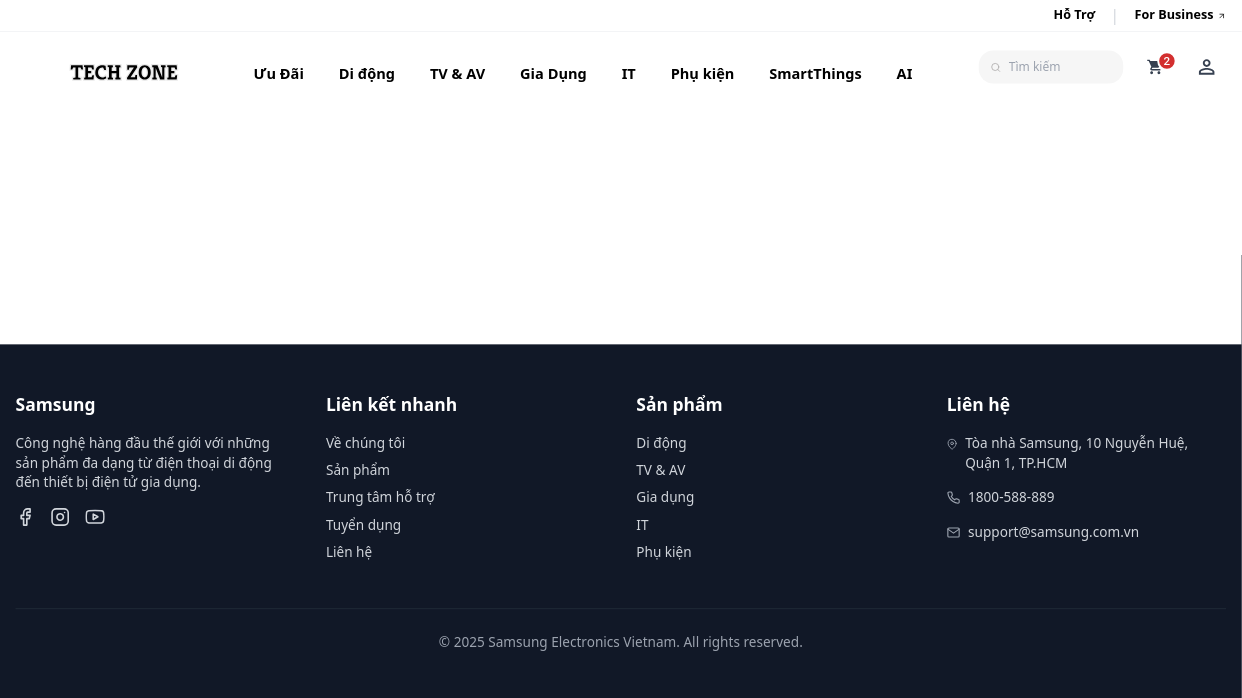
Repository: thtrunghau/ecommerce-ui-dacntt
Page: /cart
The author's editor kept a copy of each file at every save. The page is drawn from the files as they stood at one save, then again after the next save.
The browser window is 1280 px wide. The pictures show the whole page, at 97% of full size.
Pictures or frames that could not be fetched are drawn as grey boxes. The project was rebuilt for these pictures with package versions that can differ from the ones it lists, and the page was loaded fresh each time. Also part of the build but not shown: vite.config.ts, src/components/shared/NavDropdown.tsx, src/store/authStore.ts, src/components/shared/UserMenu.tsx, src/components/common/RoundedButton.tsx, src/components/features/home/HeroSection.tsx, src/components/common/ProductCard.tsx, src/components/features/home/ProductsSection.tsx and 12 more.

Above is the page before, as saved 2025-06-13 03:36:35.

### src/index.css
@tailwind base;
@tailwind components;
@tailwind utilities;

/* Custom line clamp utilities */
.line-clamp-2 {
  display: -webkit-box;
  -webkit-line-clamp: 2;
  -webkit-box-orient: vertical;
  overflow: hidden;
}

/* Animation utilities */
@keyframes fade-in-up {
  from {
    opacity: 0;
    transform: translateY(20px);
  }
  to {
    opacity: 1;
    transform: translateY(0);
  }
}

.animate-fade-in-up {
  animation: fade-in-up 0.6s ease-out;
}

### src/App.tsx
import { BrowserRouter as Router, Routes, Route } from "react-router-dom";
import Header from "./components/shared/Header";
import Home from "./pages/Home";
import Footer from "./components/shared/Footer";
import { AuthProvider } from "./contexts/AuthContext";
import Register from "./pages/auth/Register";
import Login from "./pages/auth/Login";
import RegisterStandalone from "./pages/auth/RegisterStandalone";
import LoginStandalone from "./pages/auth/LoginStandalone";
import ProductDetail from "./pages/ProductDetail";

export default function App() {
  return (
    <AuthProvider>
      <Router>
        <Routes>
          {/* Auth routes */}
          <Route path="/auth">
            <Route path="register" element={<RegisterStandalone />} />
            <Route path="login" element={<LoginStandalone />} />
          </Route>

          {/* Main layout routes with header/footer */}
          <Route
            path="/*"
            element={
              <div className="flex min-h-screen flex-col">
                <Header />
                <main className="flex-grow pt-24 lg:pt-28">
                  <Routes>
                    <Route path="/" element={<Home />} />
                    <Route path="/register" element={<Register />} />
                    <Route path="/login" element={<Login />} />
                    <Route
                      path="/products/:idOrSlug"
                      element={<ProductDetail />}
                    />
                  </Routes>
                </main>
                <Footer />
              </div>
            }
          />
        </Routes>
      </Router>
    </AuthProvider>
  );
}

### src/components/shared/Footer.tsx
import { Link } from "react-router-dom";
import {
  FiPhone,
  FiMail,
  FiMapPin,
  FiFacebook,
  FiInstagram,
  FiYoutube,
} from "react-icons/fi";

const Footer: React.FC = () => {
  return (
    <footer className="bg-gray-900 text-white">
      <div className="container mx-auto px-4 py-12">
        <div className="grid grid-cols-1 gap-8 sm:grid-cols-2 md:grid-cols-3 lg:grid-cols-4">
          {/* Company Info */}
          <div>
            <h3 className="mb-4 text-lg font-bold">Samsung</h3>
            <p className="mb-4 text-sm text-gray-300">
              Công nghệ hàng đầu thế giới với những sản phẩm đa dạng từ điện
              thoại di động đến thiết bị điện tử gia dụng.
            </p>
            <div className="flex space-x-4">
              <a
                href="https://facebook.com/SamsungVietnam"
                className="text-gray-300 transition-colors hover:text-white"
              >
                <FiFacebook size={20} />
              </a>
              <a
                href="https://instagram.com/samsungvietnam"
                className="text-gray-300 transition-colors hover:text-white"
              >
                <FiInstagram size={20} />
              </a>
              <a
                href="https://youtube.com/SamsungVietnam"
                className="text-gray-300 transition-colors hover:text-white"
              >
                <FiYoutube size={20} />
              </a>
            </div>
          </div>

          {/* Quick Links */}
          <div>
            <h3 className="mb-4 text-lg font-bold">Liên kết nhanh</h3>
            <ul className="space-y-2 text-sm">
              <li>
                <Link
                  to="/about"
                  className="text-gray-300 transition-colors hover:text-white"
                >
                  Về chúng tôi
                </Link>
              </li>
              <li>
                <Link
                  to="/products"
                  className="text-gray-300 transition-colors hover:text-white"
                >
                  Sản phẩm
                </Link>
              </li>
              <li>
                <Link
                  to="/support"
                  className="text-gray-300 transition-colors hover:text-white"
                >
                  Trung tâm hỗ trợ
                </Link>
              </li>
              <li>
                <Link
                  to="/careers"
                  className="text-gray-300 transition-colors hover:text-white"
                >
                  Tuyển dụng
                </Link>
              </li>
              <li>
                <Link
                  to="/contact"
                  className="text-gray-300 transition-colors hover:text-white"
                >
                  Liên hệ
                </Link>
              </li>
            </ul>
          </div>

          {/* Categories */}
          <div>
            <h3 className="mb-4 text-lg font-bold">Sản phẩm</h3>
            <ul className="space-y-2 text-sm">
              <li>
                <Link
                  to="/di-dong"
                  className="text-gray-300 transition-colors hover:text-white"
                >
                  Di động
                </Link>
              </li>
              <li>
                <Link
                  to="/tv-av"
                  className="text-gray-300 transition-colors hover:text-white"
                >
                  TV & AV
                </Link>
              </li>
              <li>
                <Link
                  to="/gia-dung"
                  className="text-gray-300 transition-colors hover:text-white"
                >
                  Gia dụng
                </Link>
              </li>
              <li>
                <Link
                  to="/it"
                  className="text-gray-300 transition-colors hover:text-white"
                >
                  IT
                </Link>
              </li>
              <li>
                <Link
                  to="/phu-kien"
                  className="text-gray-300 transition-colors hover:text-white"
                >
                  Phụ kiện
                </Link>
              </li>
            </ul>
          </div>

          {/* Contact Info */}
          <div>
            <h3 className="mb-4 text-lg font-bold">Liên hệ</h3>
            <ul className="space-y-4 text-sm">
              <li className="flex items-start">
                <FiMapPin className="mr-2 mt-1 text-gray-400" />
                <span className="text-gray-300">
                  Tòa nhà Samsung, 10 Nguyễn Huệ, Quận 1, TP.HCM
                </span>
              </li>
              <li className="flex items-center">
                <FiPhone className="mr-2 text-gray-400" />
                <span className="text-gray-300">1800-588-889</span>
              </li>
              <li className="flex items-center">
                <FiMail className="mr-2 text-gray-400" />
                <span className="text-gray-300">support@samsung.com.vn</span>
              </li>
            </ul>
          </div>
        </div>

        <div className="mt-12 border-t border-gray-800 pt-6 text-center">
          <p className="text-sm text-gray-400">
            &copy; {new Date().getFullYear()} Samsung Electronics Vietnam. All
            rights reserved.
          </p>
        </div>
      </div>
    </footer>
  );
};

export default Footer;

### src/contexts/AuthContext.tsx
import {
  createContext,
  useContext,
  useState,
  type ReactNode,
  useMemo,
} from "react";

interface User {
  id: string;
  username: string;
  email: string;
  phone?: string; // Thêm trường số điện thoại
  name?: string;
  avatar?: string;
}

interface AuthContextType {
  isAuthenticated: boolean;
  user: User | null;
  login: (user: User) => void;
  logout: () => void;
  register: (user: User) => void;
}

const AuthContext = createContext<AuthContextType | undefined>(undefined);

export const AuthProvider = ({ children }: { children: ReactNode }) => {
  const [user, setUser] = useState<User | null>(null);

  // Kiểm tra trạng thái xác thực từ localStorage khi khởi động
  const isAuthenticated = Boolean(user);

  const login = (userData: User) => {
    setUser(userData);
    localStorage.setItem("user", JSON.stringify(userData));
  };

  const logout = () => {
    setUser(null);
    localStorage.removeItem("user");
  };

  const register = (userData: User) => {
    // Trong thực tế, đây là nơi bạn sẽ gọi API đăng ký
    setUser(userData);
    localStorage.setItem("user", JSON.stringify(userData));
  };

  const value = useMemo(
    () => ({
      isAuthenticated,
      user,
      login,
      logout,
      register,
    }),
    [isAuthenticated, user],
  );

  return <AuthContext.Provider value={value}>{children}</AuthContext.Provider>;
};

export const useAuth = () => {
  const context = useContext(AuthContext);
  if (context === undefined) {
    throw new Error("useAuth must be used within an AuthProvider");
  }
  return context;
};

### src/pages/Cart.tsx
import { useCallback, useState } from 'react';
import { CartItem } from '../components/common/CartItem';
import type { CartResDto, CartItemResDto } from '../types';
import { formatPrice } from '../utils/formatPrice';
import { mockCartData } from '../mockData/cartData';

const CartPage: React.FC = () => {
  // Using mock data for UI testing
  const [cart, setCart] = useState<CartResDto>(mockCartData);
  const [loading] = useState(false);

  const calculateTotal = useCallback((items: CartItemResDto[]) => {
    return items.reduce((sum, item) => sum + (item.productPrice * item.quantity), 0);
  }, []);

  const handleQuantityChange = useCallback((itemId: string, newQuantity: number) => {
    setCart((prevCart) => {
      if (!prevCart) return null;

      const updatedItems = prevCart.cartItems.map(item =>
        item.id === itemId ? { ...item, quantity: newQuantity } : item
      );

      return {
        ...prevCart,
        cartItems: updatedItems,
      };
    });
  }, []);

  const handleRemoveItem = useCallback((itemId: string) => {
    setCart((prevCart) => {
      if (!prevCart) return null;

      return {
        ...prevCart,
        cartItems: prevCart.cartItems.filter(item => item.id !== itemId),
      };
    });
  }, []);

  if (loading) {
    return (
      <div className="container mx-auto px-4 py-8">
        <p>Loading cart...</p>
      </div>
    );
  }

  if (!cart || cart.cartItems.length === 0) {
    return (
      <div className="container mx-auto px-4 py-8">
        <h1 className="text-2xl font-bold mb-4">Shopping Cart</h1>
        <p>Your cart is empty</p>
      </div>
    );
  }

  const total = calculateTotal(cart.cartItems);

  return (
    <div className="container mx-auto px-4 py-8">
      <h1 className="text-2xl font-bold mb-4">Shopping Cart</h1>

      <div className="grid grid-cols-1 lg:grid-cols-3 gap-8">
        {/* Cart Items */}
        <div className="lg:col-span-2">
          <div className="bg-white rounded-lg shadow">
            {cart.cartItems.map(item => (
              <CartItem
                key={item.id}
                item={item}
                onQuantityChange={handleQuantityChange}
                onRemove={handleRemoveItem}
              />
            ))}
          </div>
        </div>

        {/* Order Summary */}
        <div className="lg:col-span-1">
          <div className="bg-white rounded-lg shadow p-6">
            <h2 className="text-xl font-semibold mb-4">Order Summary</h2>

            <div className="space-y-4">
              <div className="flex justify-between">
                <span>Subtotal</span>
                <span>{formatPrice(total)}</span>
              </div>

              <div className="flex justify-between">
                <span>Shipping</span>
                <span>Free</span>
              </div>

              <div className="border-t pt-4">
                <div className="flex justify-between font-semibold">
                  <span>Total</span>
                  <span>{formatPrice(total)}</span>
                </div>
              </div>
            </div>

            <button
              className="w-full mt-6 bg-blue-600 text-white py-2 px-4 rounded hover:bg-blue-700"
              onClick={() => {/* TODO: Handle checkout */}}
            >
              Proceed to Checkout
            </button>
          </div>
        </div>
      </div>
    </div>
  );
};

export default CartPage;

### src/components/common/CartItem.tsx
import type { CartItemResDto } from "../../types";
import { useCallback } from "react";
import { formatPrice } from "../../utils/formatPrice";

interface CartItemProps {
  item: CartItemResDto;
  onQuantityChange: (id: string, newQuantity: number) => void;
  onRemove: (id: string) => void;
}

export const CartItem = ({
  item,
  onQuantityChange,
  onRemove,
}: CartItemProps) => {
  const handleQuantityChange = useCallback(
    (newQuantity: number) => {
      if (newQuantity >= 1) {
        onQuantityChange(item.id, newQuantity);
      }
    },
    [item.id, onQuantityChange],
  );

  return (
    <div className="flex items-center gap-4 border-b p-4">
      {/* Product Image */}
      <div className="h-24 w-24 flex-shrink-0">
        <img
          src={item.product.image}
          alt={item.product.productName}
          className="h-full w-full rounded object-cover"
        />
      </div>

      {/* Product Details */}
      <div className="flex-grow">
        <h3 className="text-lg font-medium">{item.product.productName}</h3>
        <p className="text-gray-500">{formatPrice(item.productPrice)}</p>
      </div>

      {/* Quantity Controls */}
      <div className="flex items-center gap-2">
        <button
          onClick={() => handleQuantityChange(item.quantity - 1)}
          className="rounded border px-2 py-1 hover:bg-gray-100"
          disabled={item.quantity <= 1}
        >
          -
        </button>
        <span className="w-12 text-center">{item.quantity}</span>
        <button
          onClick={() => handleQuantityChange(item.quantity + 1)}
          className="rounded border px-2 py-1 hover:bg-gray-100"
        >
          +
        </button>
      </div>

      {/* Total Price */}
      <div className="w-32 text-right">
        <p className="font-medium">
          {formatPrice(item.productPrice * item.quantity)}
        </p>
      </div>

      {/* Remove Button */}
      <button
        onClick={() => onRemove(item.id)}
        className="ml-4 text-red-500 hover:text-red-700"
      >
        Remove
      </button>
    </div>
  );
};

### src/utils/formatPrice.ts
export const formatPrice = (price: number): string => {
  return new Intl.NumberFormat('vi-VN', {
    style: 'currency',
    currency: 'VND'
  }).format(price);
};

### src/mockData/cartData.ts
import type { CartResDto } from '../types';

export const mockCartData: CartResDto = {
  id: "mock-cart-1",
  accountId: "mock-account-1",
  cartItems: [
    {
      id: "mock-item-1",
      productPrice: 29990000,
      quantity: 1,
      cartId: "mock-cart-1",
      product: {
        id: "1",
        productName: "Samsung Galaxy S23 Ultra",
        image: "/images/products/placeholder.png",
        description: "Samsung's latest flagship phone with S Pen",
        quantity: 10,
        price: 29990000,
        categoryId: "smartphones",
        isNew: true,
      }
    },
    {
      id: "mock-item-2",
      productPrice: 22990000,
      quantity: 2,
      cartId: "mock-cart-1",
      product: {
        id: "2",
        productName: "iPhone 14 Pro",
        image: "/images/products/placeholder.png",
        description: "Apple's premium smartphone with dynamic island",
        quantity: 8,
        price: 22990000,
        categoryId: "smartphones",
        isNew: true,
      }
    },
    {
      id: "mock-item-3",
      productPrice: 25990000,
      quantity: 1,
      cartId: "mock-cart-1",
      product: {
        id: "3",
        productName: "MacBook Air M2",
        image: "/images/products/placeholder.png",
        description: "Powerful and portable laptop with M2 chip",
        quantity: 5,
        price: 25990000,
        categoryId: "laptops",
        isNew: true,
      }
    }
  ]
};

Loaded but not shown: index.html (common file); src/main.tsx (common file); tailwind.config.js (11 lines, source omitted); src/components/shared/Header.tsx (461 lines, source omitted); src/mockData/mockData.ts (355 lines, source omitted); src/utils/helpers.ts (219 lines, source omitted)

After the next save:
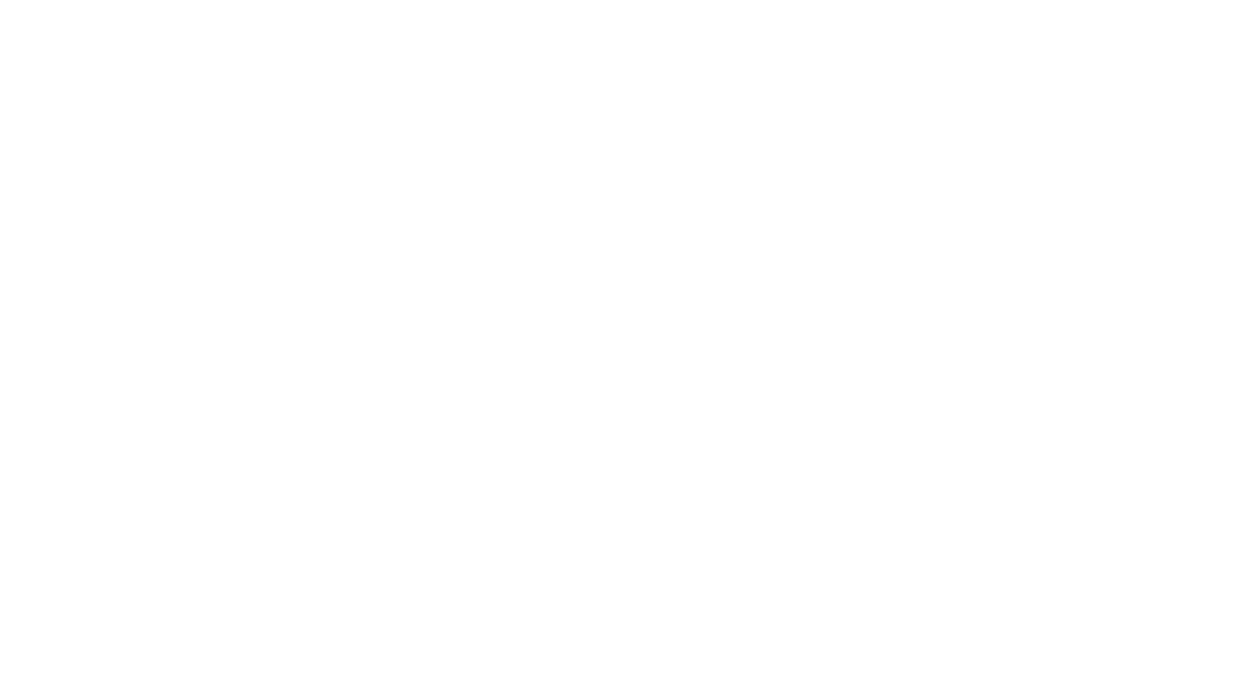
Console error: ReferenceError: CartPage is not defined
Saved 3 min 7 s later.
--- a/src/App.tsx
+++ b/src/App.tsx
@@ -27,10 +27,10 @@
               <div className="flex min-h-screen flex-col">
                 <Header />
                 <main className="flex-grow pt-24 lg:pt-28">
-                  <Routes>
-                    <Route path="/" element={<Home />} />
+                  <Routes>                    <Route path="/" element={<Home />} />
                     <Route path="/register" element={<Register />} />
                     <Route path="/login" element={<Login />} />
+                    <Route path="/cart" element={<CartPage />} />
                     <Route
                       path="/products/:idOrSlug"
                       element={<ProductDetail />}

After the save that followed:
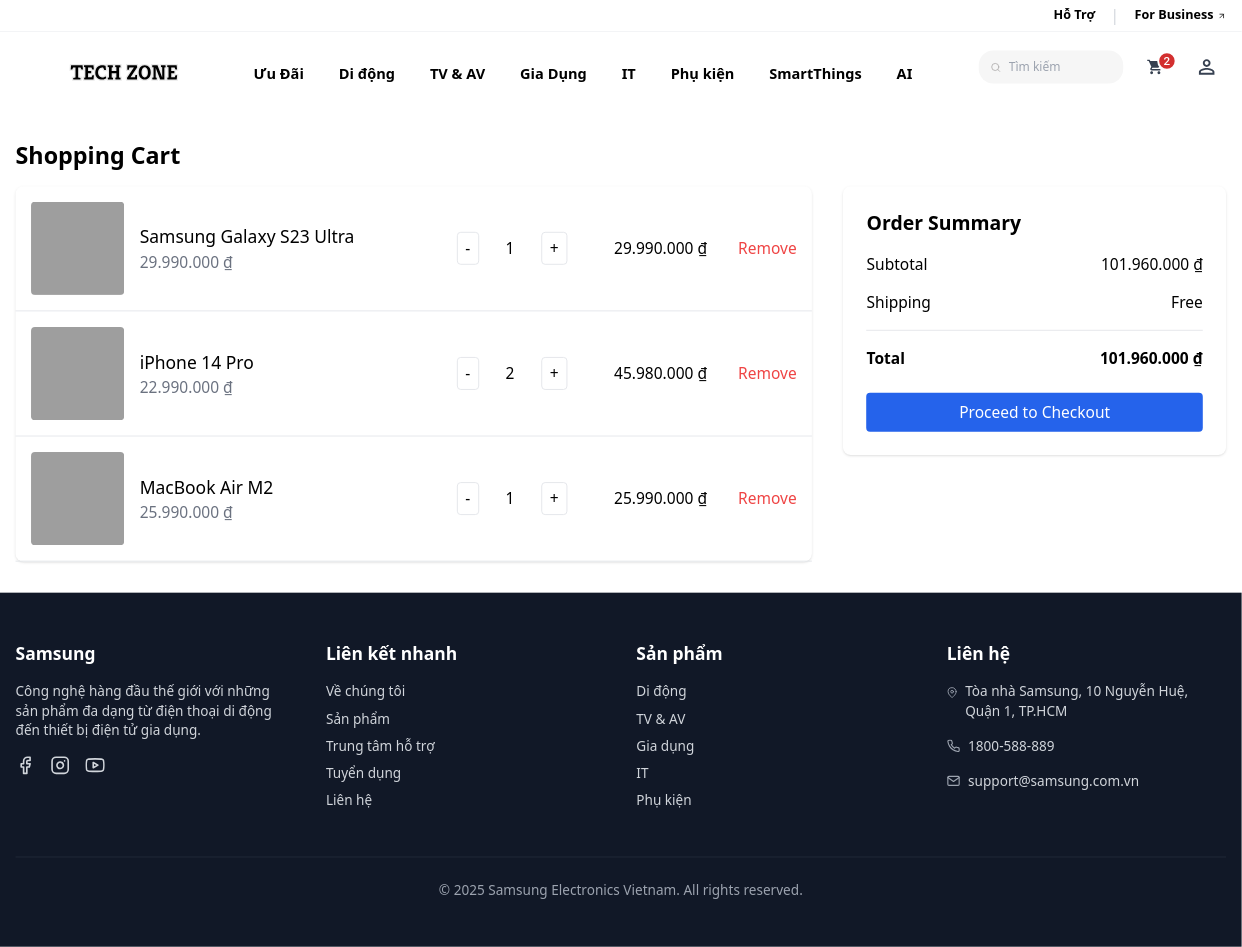
The error is gone.
Saved 10 s later.
--- a/src/App.tsx
+++ b/src/App.tsx
@@ -8,6 +8,7 @@
 import RegisterStandalone from "./pages/auth/RegisterStandalone";
 import LoginStandalone from "./pages/auth/LoginStandalone";
 import ProductDetail from "./pages/ProductDetail";
+import CartPage from "./pages/Cart";
 
 export default function App() {
   return (
